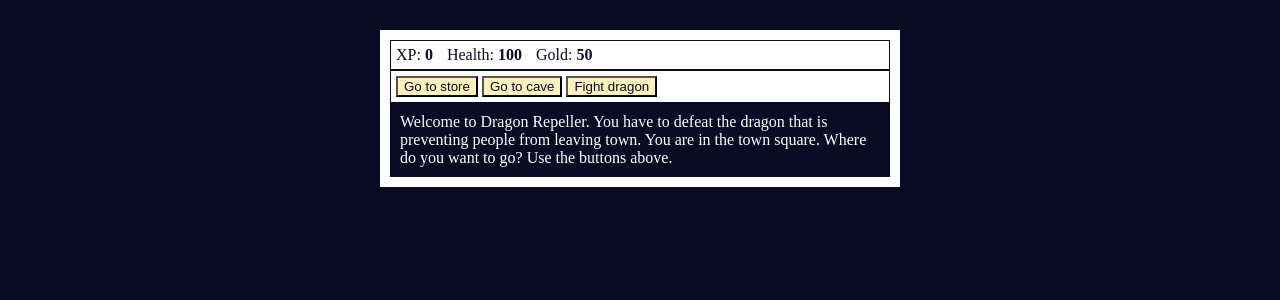
Repository: Lungdjos/role_playing_game
Page: index.html
These files come from the project's save history. The page is drawn as it stood at one moment and after the next save; the edit follows.
The browser window is 1280 px wide. The pictures show the whole page.

Above is the page before, as saved 2024-02-07 08:48:56.

After the next save:
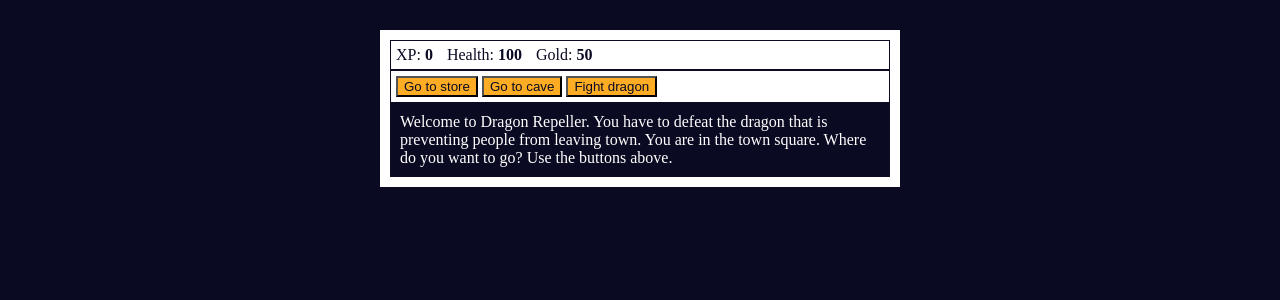
Saved 6 s later.
--- a/styles.css
+++ b/styles.css
@@ -56,5 +56,5 @@ body {
 button {
     cursor: pointer;
     color: #0a0a23;
-    background-color: #feac;
+    background-color: #feac23;
 }
